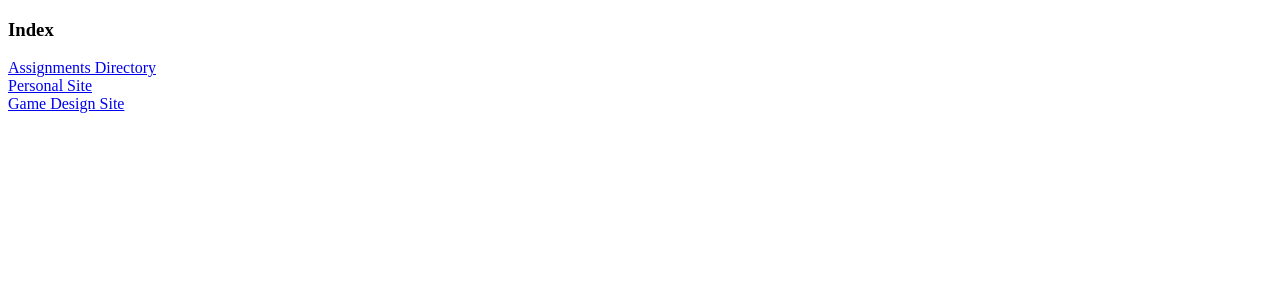
Repository: mclearc1/IMM-130-Files
Page: index.html
The author's editor kept a record of every edit. The page is drawn from the files as they stood at one moment, then again after the next edit.
The browser window is 1280 px wide. The pictures show the whole page.

Above is the page before.

After the next edit:
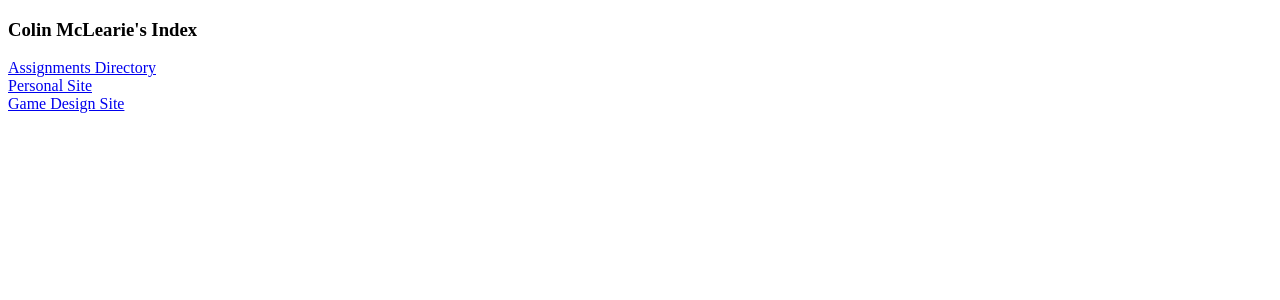
The edit:
--- a/index.html
+++ b/index.html
@@ -6,8 +6,8 @@
     </head>
 
     <body>
-        <h3>Index</h3>
-        <a href="personal_site/assignments.html">Assignments Directory</a><br>
+        <h3>Colin McLearie's Index</h3>
+        <a href="assignments_directory/assignments.html">Assignments Directory</a><br>
         <a href="personal_site/original1.html">Personal Site</a><br>
         <a href="personal_site/original2.html">Game Design Site</a><br>
     </body>
